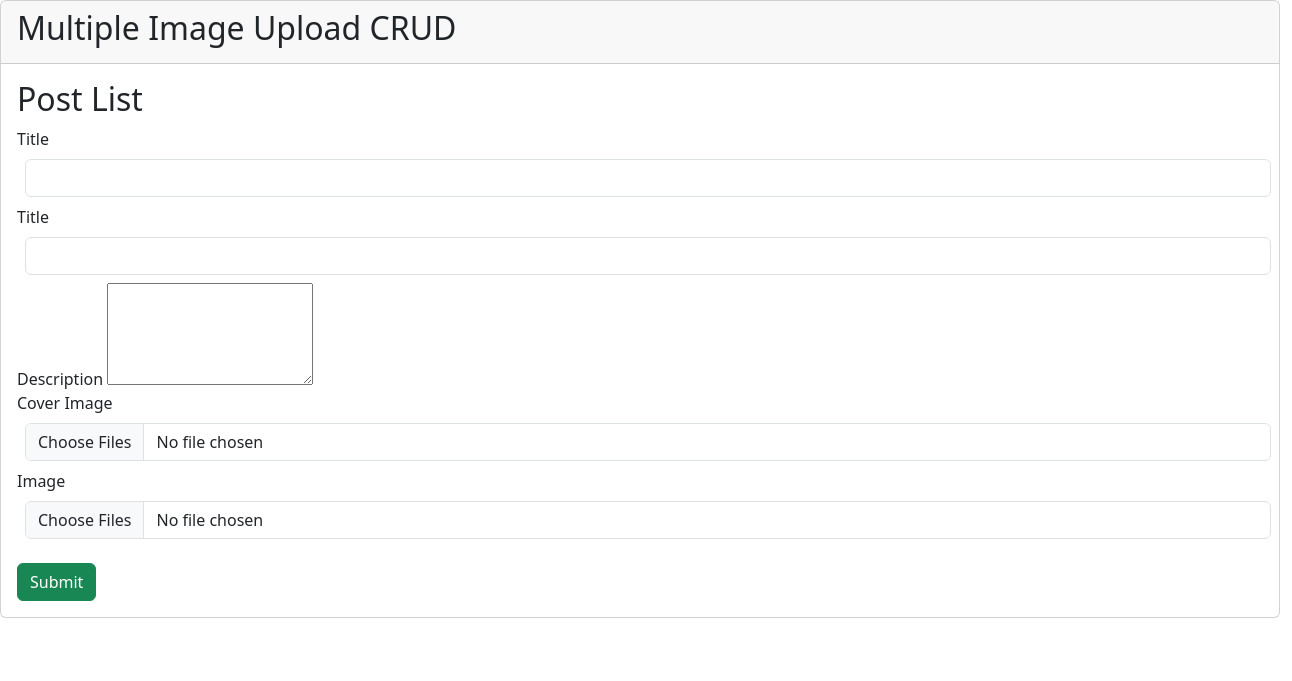
Repository: rkrukshan/Multiple-Image-Upload
Page: http://localhost/create
An editor plug-in stored every save of this project. The page is shown before and after the next save, followed by the edit.
The browser window is 1280 px wide. The page is 1292 px wide, so the pictures cover 1292 px, including what lies to the right of the window. The pictures show the whole page.
The page is served by the project's Laravel application, run on PHP 8.4 with Laravel 10.

Above is the page before, as saved 2023-11-06 14:50:27.

After the next save:
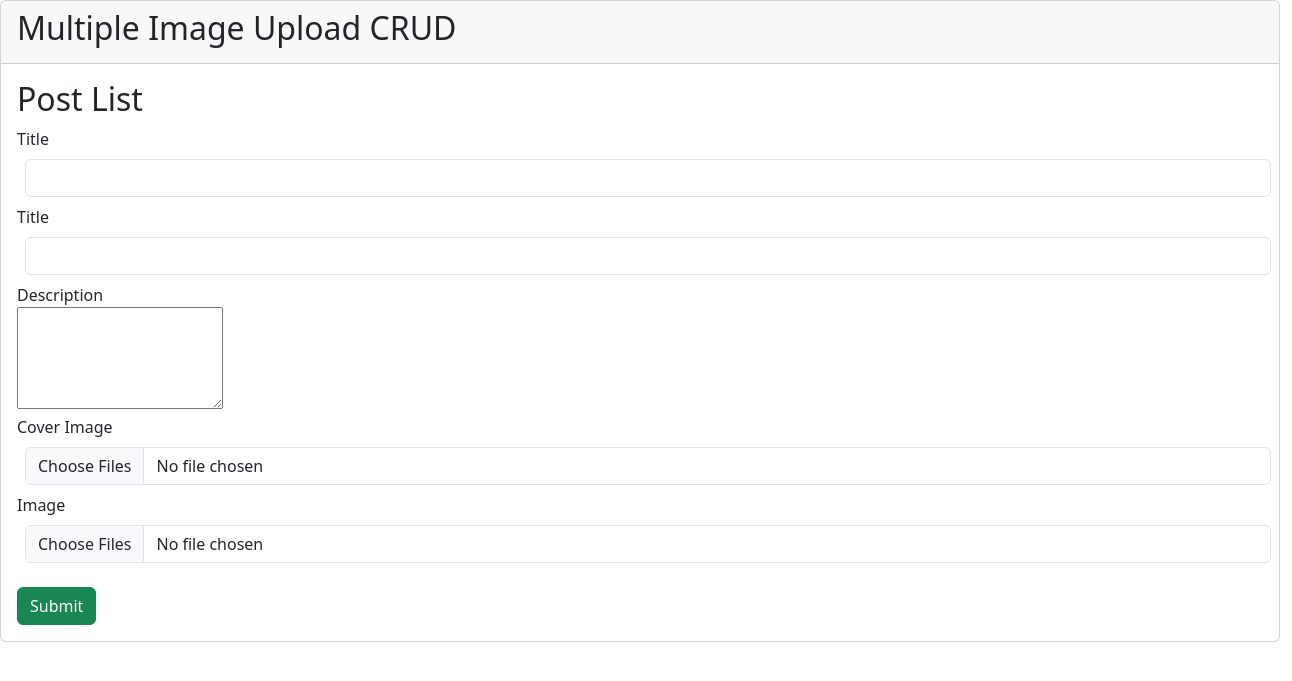
Saved 23 s later.
--- a/resources/views/album/create.blade.php
+++ b/resources/views/album/create.blade.php
@@ -23,7 +23,7 @@
                     <label for="title">Title</label>
                     <input type="text" name="author" class="form-control m-2">
 
-                    <label for="body">Description</label>
+                    <label for="body">Description</label><br>
                     <textarea name="body" id="body" cols="20" rows="4"></textarea><br>
 
                     <label for="m-2">Cover Image</label>
